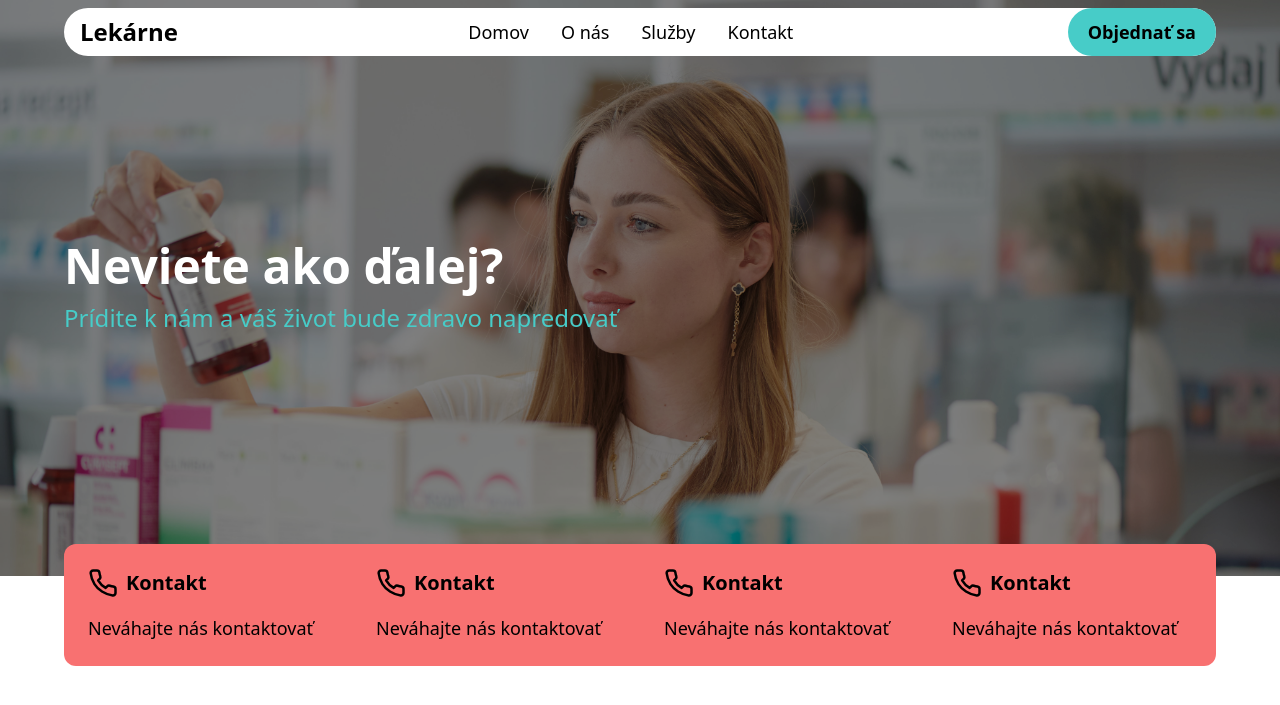
Repository: SimonSkoda13/Lekaren
Page: /
The author's editor kept a copy of each file at every save. The page is drawn from the files as they stood at one save, then again after the next save.
The browser window is 1280 px wide. The pictures show the whole page.
The project was rebuilt for these pictures with package versions that can differ from the ones it lists, and the page was loaded fresh each time. The framework's server and built-in components were replaced by stand-ins that run in the browser. Also part of the build but not shown: next.config.js.

Above is the page before, as saved 2023-04-22 17:43:42.

After the next save:
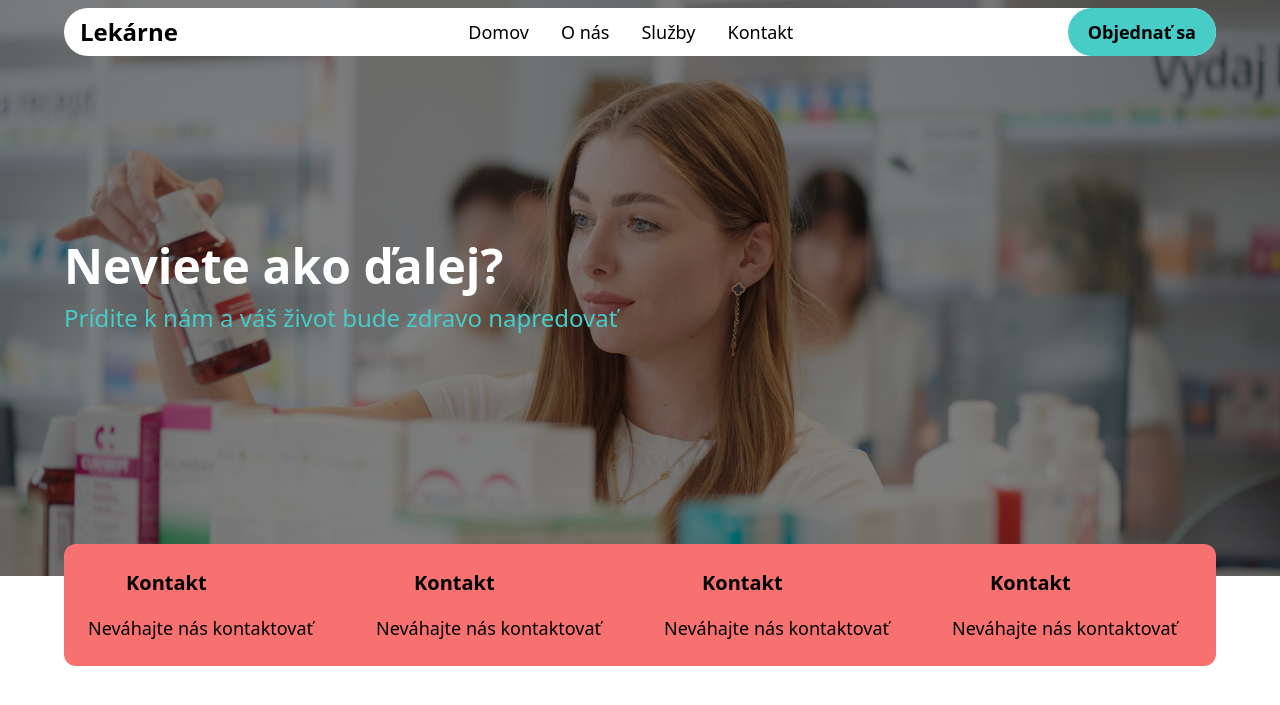
Saved 84 s later.
--- a/src/app/components/Contact/Contact.tsx
+++ b/src/app/components/Contact/Contact.tsx
@@ -24,7 +24,7 @@ export const Contact = (props: ContactProps) => {
             height={100}
           /> */}
             <div className="flex flex-row gap-2 items-center">
-              <Phone size={30} />
+              <Phone size={30} color="primary" />
               <h2 className="text-xl font-bold">{item.title}</h2>
             </div>
             <p className="text-lg font-medium">{item.description}</p>
